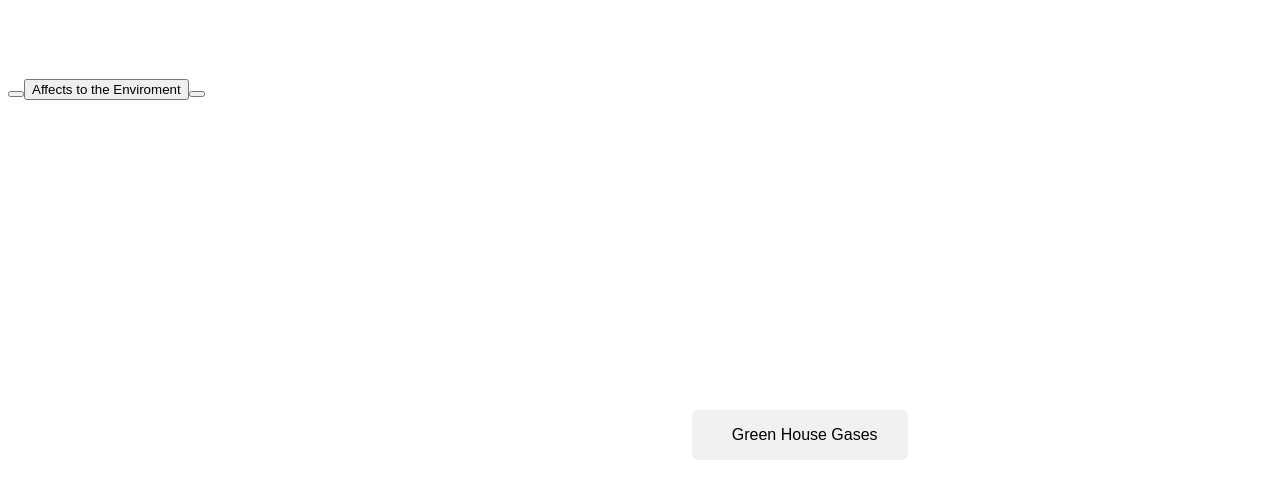
Repository: Alejandra-Pelayo/Alejandra-Pelayo.github.io
Page: 2.1.4/Example.html
The author's editor kept a record of every edit. The page is drawn from the files as they stood at one moment, then again after the next edit.
The browser window is 1280 px wide. The pictures show the whole page.

Above is the page before.

### 2.1.4/Example.html
<body>

<p><font size="20" color="white">Global Warming</font></p>


<link href="example.css" rel="stylesheet" type="text/css">

<button1>
    <a href="Enviromental.html">
      <button class="btn"> Global Warming<Button</button>
<button2>
    <a href = "Green_House.html">
      <button class ="btn2"> Green House Gases <Button/button>
<button3>
    <a href = "animals.html">
      <button class ="btn3"> Affects to the Enviroment <Button/button>



<div class="container">

### 2.1.4/example.css
img{
    position: fixed;
  top: 5;
  left: 5;

  /* Preserve aspet ratio */
  min-width: 100%;
  min-height: 100%;
}
/* Button Code*/
.btn{
  position: absolute;
  top: 50%;
  left: 50%;
  transform: translate(30%, 100%);
  -ms-transform: translate(-80%, -80%);
  background-color: #f1f1f1;
  color: black;
  font-size: 16px;
  padding: 16px 30px;
  border: none;
  cursor: pointer;
  border-radius: 5px;
  text-align: center;
}
.btn2{
    position: absolute;
  top: 50%;
  left: 50%;
  transform: translate(30%, 100%);
  -ms-transform: translate(-80%, -80%);
  background-color: #f1f1f1;
  color: black;
  font-size: 16px;
  padding: 16px 30px;
  border: none;
  cursor: pointer;
  border-radius: 5px;
  text-align: center;
}

After the next edit:
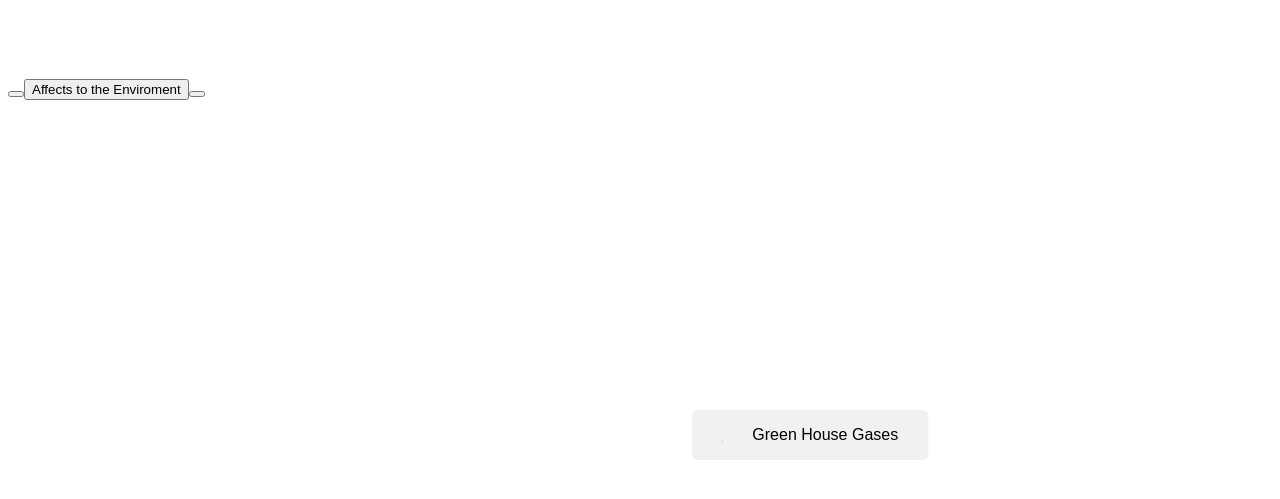
The edit:
--- a/2.1.4/example.css
+++ b/2.1.4/example.css
@@ -27,7 +27,7 @@
     position: absolute;
   top: 50%;
   left: 50%;
-  transform: translate(30%, 100%);
+  transform: translate(40%, 100%);
   -ms-transform: translate(-80%, -80%);
   background-color: #f1f1f1;
   color: black;
